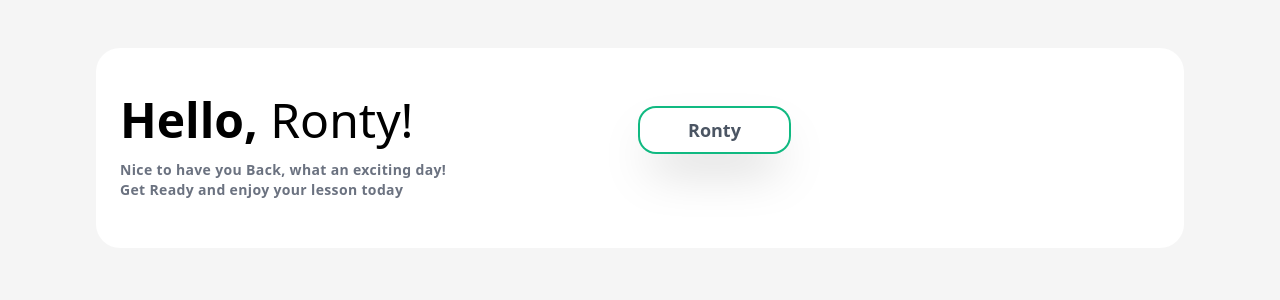
Repository: coolronts/Vite-Tailwind
Page: /
These files come from the project's save history. The page is drawn as it stood at one moment and after the next save; the edit follows.
The browser window is 1280 px wide. The pictures show the whole page.
The project was rebuilt for these pictures with package versions that can differ from the ones it lists, and the page was loaded fresh each time. Also part of the build but not shown: vite.config.js, src/components/Card/index.jsx.

Above is the page before, as saved 2021-11-26 07:12:10.

After the next save:
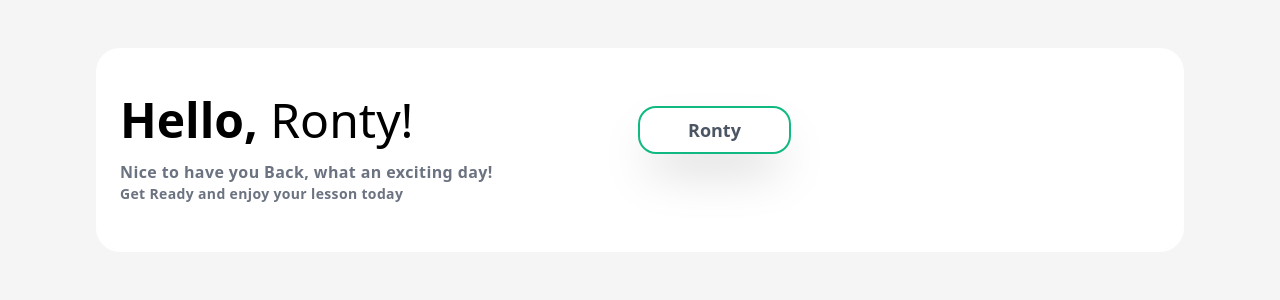
Saved 19 s later.
--- a/src/App.jsx
+++ b/src/App.jsx
@@ -14,7 +14,7 @@ function App() {
         <div id="left">
           <div>
             <h3 className="text-5xl font-sans font-bold mb-4">Hello, <span className="font-light">Ronty!</span> </h3>
-            <h5 className="text-sm font-semibold tracking-wide text-gray-500">Nice to have you Back, what an exciting day!</h5>
+            <h5 className=" font-semibold tracking-wide text-gray-500">Nice to have you Back, what an exciting day!</h5>
             <h5 className="text-sm font-semibold tracking-wide text-gray-500">Get Ready and enjoy your lesson today</h5>
 
           </div>
